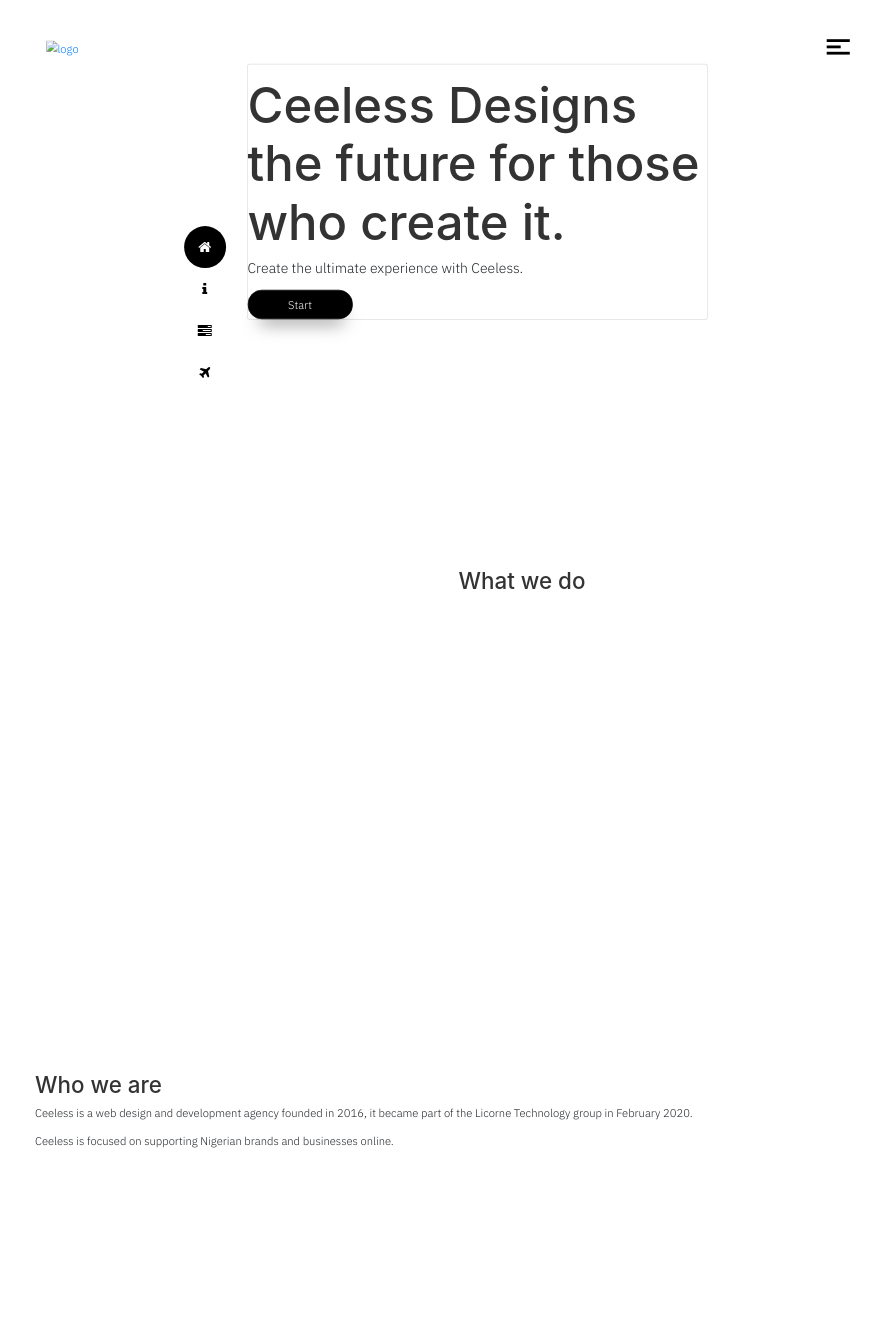
Repository: Licorne-Technologies/Ceeless-v2
Page: index.html
An editor plug-in stored every save of this project. The page is shown before and after the next save, followed by the edit.
The browser window is 1280 px wide. The pictures show the part of the page from y = 0 to 1920 px (the page is 3037 px tall), at 70% of full size.
Some web libraries are served in a nearby version. The style sheet was rebuilt from its Sass, Less or Tailwind sources for each picture, by a compiler version that may differ from the author's.

Above is the page before, as saved 2020-06-15 12:53:57.

After the next save:
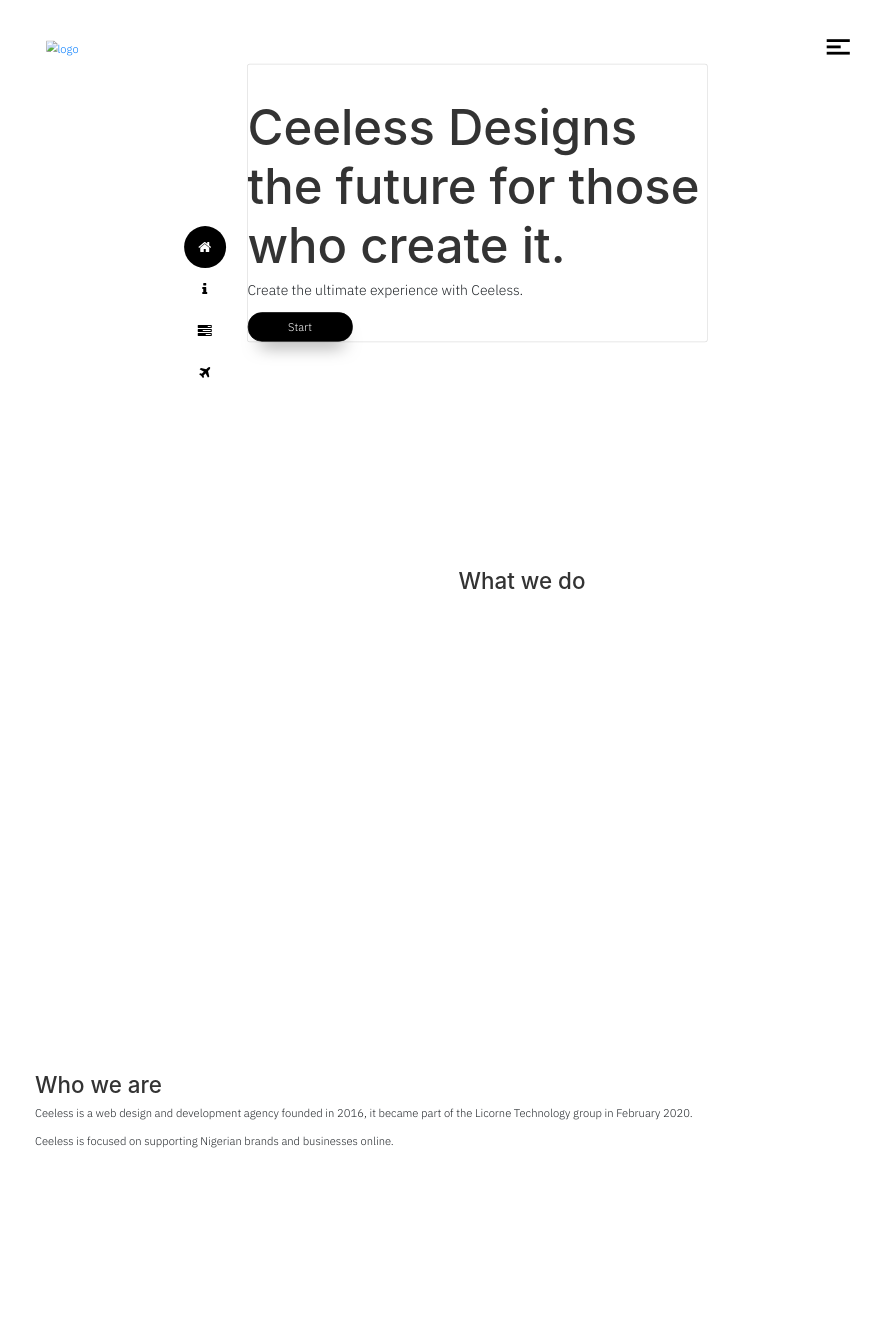
Saved 10 s later.
--- a/index.html
+++ b/index.html
@@ -84,7 +84,7 @@
                 </div>
             </div>
             <div class="col-9">
-                <div class="message card w-75 pt-3">
+                <div class="message card w-75 pt-5">
                     <!--Message Text-->
                     <h1>Ceeless Designs the future for those who create it.</h1>
                     <p>Create the ultimate experience with Ceeless.</p>
